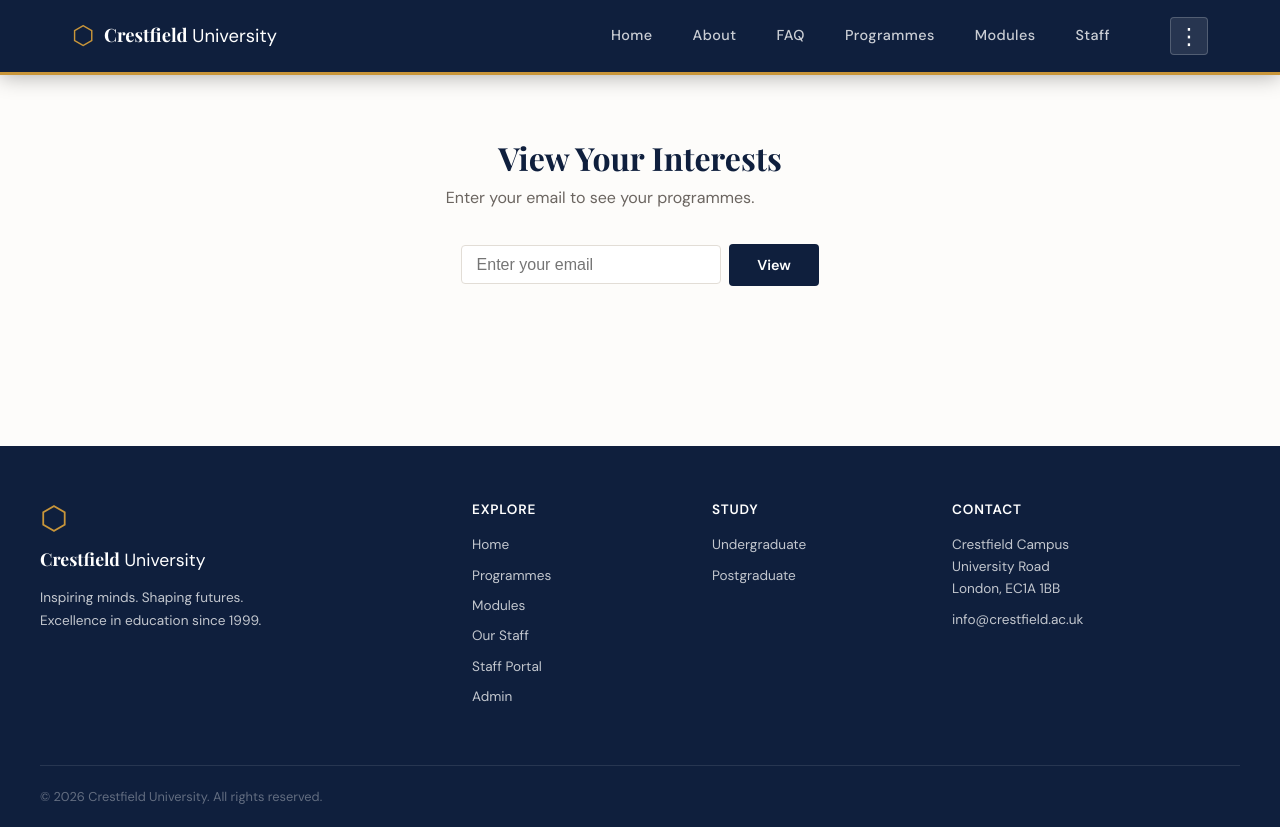
Repository: dowrinprity-blip/Web-Project
Page: http://localhost/University/my-interests.php
An editor plug-in stored every save of this project. The page is shown before and after the next save, followed by the edit.
The browser window is 1280 px wide. The pictures show the whole page.
The page is run by PHP 8.4 with error messages shown; the project is at /var/www/html/.

Above is the page before, as saved 2026-03-25 21:01:44.

### my-interests.php
<?php
require_once 'includes/db.php';
$page_title = 'My Interests';

// ✅ Auto-detect email (GET or POST)
$email = $_GET['email'] ?? ($_POST['email'] ?? '');

// ✅ REMOVE INTEREST (must be BEFORE any output)
if (isset($_GET['remove']) && isset($_GET['email'])) {
    $removeID = (int) $_GET['remove'];
    $email    = $_GET['email'];

    $stmt = $conn->prepare("DELETE FROM interestedstudents WHERE ProgrammeID = ? AND Email = ?");
    $stmt->bind_param("is", $removeID, $email);
    $stmt->execute();

    header("Location: my-interests.php?email=" . urlencode($email));
    exit;
}

include 'includes/header.php';

// Initialize array
$interests = [];

// ✅ FETCH DATA (works for both GET + POST)
if (!empty($email)) {

    $stmt = $conn->prepare("
        SELECT
            p.ProgrammeID,
            p.ProgrammeName,
            p.Description,
            p.Image,
            i.StudentName,
            i.RegisteredAt
        FROM interestedstudents i
        JOIN Programmes p ON i.ProgrammeID = p.ProgrammeID
        WHERE i.Email = ?
        ORDER BY i.RegisteredAt DESC
    ");
    $stmt->bind_param("s", $email);
    $stmt->execute();
    $result = $stmt->get_result();

    while ($row = $result->fetch_assoc()) {
        $interests[] = $row;
    }
}
?>

<section class="section">
    <div class="section-inner" style="max-width:1000px;margin:0 auto;">

        <div class="section-header" style="text-align:center;max-width:600px;margin:0 auto 2rem auto;">
    <h2 style="margin:0;line-height:1.2;">
        View Your Interests
    </h2>

    <p style="">
        Enter your email to see your programmes.
    </p>
</div>

        <!-- FORM -->
        <form method="POST" action=""
      style="display:flex;justify-content:center;align-items:center;gap:.5rem;margin-bottom:2rem;">

    <input type="email" name="email"
           placeholder="Enter your email"
           value="<?= htmlspecialchars($email) ?>"
           required
           style="padding:.6rem .9rem;font-size:1rem;width:260px;border:1px solid var(--border);border-radius:var(--radius);">

    <button type="submit" class="btn btn-navy">
        View
    </button>
</form>

        <?php if (!empty($email)): ?>

            <?php if (!empty($interests)): ?>

                <div class="cards-grid">

                    <?php foreach ($interests as $i): ?>

                        <?php $img = !empty($i['Image']) ? $i['Image'] : 'uploads/placeholder.jpg'; ?>

                        <div class="card">

                            <div class="card-colour-bar"></div>

                            <img src="<?= htmlspecialchars($img) ?>"
                                 alt="<?= htmlspecialchars($i['ProgrammeName']) ?>">

                            <div class="card-body">
                                <h3><?= htmlspecialchars($i['ProgrammeName']) ?></h3>

                                <p>
                                    <?= htmlspecialchars(substr($i['Description'], 0, 100)) ?>…
                                </p>
                            </div>

                            <!-- ✅ NEW FOOTER -->
                            <div class="card-footer">

                                <span>
                                    <?= date('d M Y', strtotime($i['RegisteredAt'])) ?>
                                </span>

                                <div style="display:flex;gap:.4rem;align-items:center;">

                                    <!-- Go -->
                                    <a href="programme_detail.php?id=<?= $i['ProgrammeID'] ?>" title="View" class="btn-go">
                                        →
                                    </a>

                                    <!-- Remove -->
                                    <a href="my-interests.php?remove=<?= $i['ProgrammeID'] ?>&email=<?= urlencode($email) ?>"
                                       class="btn-danger"
                                       onclick="return confirm('Remove this interest?')">
                                       ✕
                                    </a>

                                </div>

                            </div>

                        </div>

                    <?php endforeach; ?>

                </div>

            <?php else: ?>

                <p style="text-align:center;color:red;font-weight:600;">
                    No interests found for <strong><?= htmlspecialchars($email) ?></strong>
                </p>

            <?php endif; ?>

        <?php endif; ?>

    </div>
</section>

<?php include 'includes/footer.php'; ?>

### includes/db.php
<?php
require_once __DIR__ . '/config.php';

// Create connection
function getDBConnection() {
    $conn = new mysqli(DB_HOST, DB_USER, DB_PASS, DB_NAME);

    if ($conn->connect_error) {
        die("Connection failed: " . $conn->connect_error);
    }

    $conn->set_charset("utf8mb4");
    return $conn;
}

// Global connection
$conn = getDBConnection();

function checkDatabaseExists() {
    $conn = new mysqli(DB_HOST, DB_USER, DB_PASS);
    $result = $conn->query("SELECT SCHEMA_NAME FROM INFORMATION_SCHEMA.SCHEMATA WHERE SCHEMA_NAME = '" . DB_NAME . "'");
    return $result->num_rows > 0;
}
?>

### includes/config.php
<?php
/**
 * Central Configuration File - Load this first in all includes
 */

// ==================== BASE URL DETECTION ====================
if (!function_exists('detectBaseUrl')) {
    function detectBaseUrl() {
        $protocol = isset($_SERVER['HTTPS']) && $_SERVER['HTTPS'] === 'on' ? 'https://' : 'http://';
        $host = $_SERVER['HTTP_HOST'];
        $scriptName = $_SERVER['SCRIPT_NAME'];

        $basePath = dirname(dirname($scriptName));
        $basePath = str_replace('\\', '/', $basePath);

        if ($basePath == '/' || $basePath == '\\') {
            $basePath = '';
        }

        return rtrim($protocol . $host . $basePath, '/');
    }
}

if (!defined('BASE_URL')) {
    define('BASE_URL', 'http://localhost/University');
}

// ==================== DATABASE CONSTANTS ====================
if (!defined('DB_HOST')) {
    define('DB_HOST', 'localhost');
    define('DB_USER', 'root');
    define('DB_PASS', '');
    define('DB_NAME', 'student_course_hub');
}
?>

### includes/header.php
<?php
$current_page = basename($_SERVER['PHP_SELF']);
if (!function_exists('isStudentLoggedIn')) {
    require_once __DIR__ . '/auth.php';
}

$staffLoggedIn   = function_exists('isStaffLoggedIn')   && isStaffLoggedIn();
$studentLoggedIn = function_exists('isStudentLoggedIn') && isStudentLoggedIn();
$adminLoggedIn   = function_exists('isAdminLoggedIn')   && isAdminLoggedIn();
?>
<!DOCTYPE html>
<html lang="en">
<head>
    <meta charset="UTF-8">
    <meta name="viewport" content="width=device-width, initial-scale=1.0">
    <title><?= isset($page_title) ? htmlspecialchars($page_title) . ' — ' : '' ?>Crestfield University</title>
    <link rel="preconnect" href="https://fonts.googleapis.com">
    <link rel="preconnect" href="https://fonts.gstatic.com" crossorigin>
    <link href="https://fonts.googleapis.com/css2?family=Playfair+Display:wght@400;600;700;900&family=DM+Sans:wght@300;400;500;600&display=swap" rel="stylesheet">
    <link rel="stylesheet" href="<?= BASE_URL ?>/css/style.css">
    <style>
        .portal-menu-wrap { position: relative; margin-left: .5rem; }
        .portal-dots-btn {
            background: rgba(255,255,255,.1);
            border: 1px solid rgba(255,255,255,.2);
            color: #fff; border-radius: var(--radius);
            width: 38px; height: 38px;
            display: flex; align-items: center; justify-content: center;
            cursor: pointer; font-size: 1.4rem; transition: background .2s; flex-shrink: 0;
        }
        .portal-dots-btn:hover { background: rgba(201,150,58,.25); }
        .portal-dropdown {
            display: none; position: absolute; right: 0; top: calc(100% + 10px);
            background: #fff; border-radius: var(--radius-lg);
            box-shadow: 0 12px 40px rgba(11,29,58,.22);
            min-width: 230px; overflow: hidden; z-index: 500;
            border: 1px solid var(--border);
        }
        .portal-dropdown.open { display: block; }
        .portal-dropdown-header {
            background: var(--navy); color: rgba(255,255,255,.6);
            font-size: .68rem; font-weight: 700; letter-spacing: .1em;
            text-transform: uppercase; padding: .65rem 1.1rem;
        }
        .portal-dropdown a {
            display: flex; align-items: center; gap: .75rem;
            padding: .75rem 1.1rem; font-size: .88rem; font-weight: 500;
            color: var(--navy); border-bottom: 1px solid #f5f2ee; transition: background .15s;
        }
        .portal-dropdown a:last-child { border-bottom: none; }
        .portal-dropdown a:hover { background: #fdf9f3; }
        .portal-dropdown a .pd-icon { font-size: 1rem; width: 22px; text-align: center; }
        .portal-dropdown a .pd-label { flex: 1; }
        .portal-dropdown a .pd-arrow { font-size: .8rem; color: var(--gold); }
        .portal-dropdown a.pd-active { background: #fdf6e3; font-weight: 600; }
        .portal-dropdown a.pd-logout { color: #922b21; }
        .portal-dropdown a.pd-logout:hover { background: #fdecea; }
    </style>
</head>
<body>

<header class="site-header">
    <div class="header-inner">
        <a href="<?= BASE_URL ?>/index.php" class="logo">
            <span class="logo-crest">⬡</span>
            <span class="logo-text"><strong>Crestfield</strong> University</span>
        </a>

        <nav class="main-nav">
            <a href="<?= BASE_URL ?>/index.php"           class="<?= $current_page === 'index.php'           ? 'active' : '' ?>">Home</a>
            <a href="<?= BASE_URL ?>/index.php#about">About</a>
            <a href="<?= BASE_URL ?>/index.php#faq">FAQ</a>
            <a href="<?= BASE_URL ?>/programmes.php"      class="<?= $current_page === 'programmes.php'      ? 'active' : '' ?>">Programmes</a>
            <a href="<?= BASE_URL ?>/modules.php"         class="<?= $current_page === 'modules.php'         ? 'active' : '' ?>">Modules</a>
            <a href="<?= BASE_URL ?>/staff_directory.php" class="<?= $current_page === 'staff_directory.php' ? 'active' : '' ?>">Staff</a>
        </nav>

        <!-- 3-dot portal menu -->
        <div class="portal-menu-wrap">
            <button class="portal-dots-btn" onclick="togglePortalMenu()" aria-label="Portal menu" title="Login / My Portal">⋮</button>

            <div class="portal-dropdown" id="portal-dropdown">

                <?php if ($adminLoggedIn): ?>
                <div class="portal-dropdown-header">Admin Portal</div>
                <a href="<?= BASE_URL ?>/admin/index.php" class="pd-active">
                    <span class="pd-icon">🛡️</span><span class="pd-label">Admin Dashboard</span><span class="pd-arrow">→</span>
                </a>
                <a href="<?= BASE_URL ?>/admin/logout.php" class="pd-logout">
                    <span class="pd-icon">⏻</span><span class="pd-label">Sign Out</span>
                </a>

                <?php elseif ($staffLoggedIn): ?>
                <?php $sd = getLoggedInStaff(); ?>
                <div class="portal-dropdown-header">Staff Portal</div>
                <a href="<?= BASE_URL ?>/staff/dashboard.php" class="pd-active">
                    <span class="pd-icon">👤</span><span class="pd-label"><?= htmlspecialchars($sd['Name'] ?? 'My Portal') ?></span><span class="pd-arrow">→</span>
                </a>
                <a href="<?= BASE_URL ?>/staff/profile.php">
                    <span class="pd-icon">✏️</span><span class="pd-label">My Profile</span><span class="pd-arrow">→</span>
                </a>
                <a href="<?= BASE_URL ?>/staff/my_modules.php">
                    <span class="pd-icon">📚</span><span class="pd-label">My Modules</span><span class="pd-arrow">→</span>
                </a>
                <a href="<?= BASE_URL ?>/staff/logout.php" class="pd-logout">
                    <span class="pd-icon">⏻</span><span class="pd-label">Sign Out</span>
                </a>

                <?php elseif ($studentLoggedIn): ?>
                <?php $stu = getLoggedInStudent(); ?>
                <div class="portal-dropdown-header">Student Portal</div>
                <a href="<?= BASE_URL ?>/student/dashboard.php" class="pd-active">
                    <span class="pd-icon">🎓</span><span class="pd-label"><?= htmlspecialchars($stu['FullName'] ?? 'My Portal') ?></span><span class="pd-arrow">→</span>
                </a>
                <a href="<?= BASE_URL ?>/student/my_profile.php">
                    <span class="pd-icon">👤</span><span class="pd-label">My Profile</span><span class="pd-arrow">→</span>
                </a>
                <a href="<?= BASE_URL ?>/student/my_interests.php">
                    <span class="pd-icon">⭐</span><span class="pd-label">My Interests</span><span class="pd-arrow">→</span>
                </a>
                <a href="<?= BASE_URL ?>/student/logout.php" class="pd-logout">
                    <span class="pd-icon">⏻</span><span class="pd-label">Sign Out</span>
                </a>

                <?php else: ?>
                <a href="<?= BASE_URL ?>/my-interests.php">
    <span class="pd-icon">⭐</span>
    <span class="pd-label">View My Interests</span>
    <span class="pd-arrow">→</span>
</a>

                <div class="portal-dropdown-header">Student Access</div>
                <a href="<?= BASE_URL ?>/student/login.php">
                    <span class="pd-icon">🎓</span><span class="pd-label">Student Login</span><span class="pd-arrow">→</span>
                </a>

                <div class="portal-dropdown-header">Staff Access</div>
                <a href="<?= BASE_URL ?>/staff/login.php">
                    <span class="pd-icon">👔</span><span class="pd-label">Staff Login</span><span class="pd-arrow">→</span>
                </a>
                <div class="portal-dropdown-header">Admin Access</div>
                <a href="<?= BASE_URL ?>/admin/login.php">
                    <span class="pd-icon">🛡️</span><span class="pd-label">Admin Login</span><span class="pd-arrow">→</span>
                </a>
                <?php endif; ?>

            </div>
        </div>

        <button class="nav-toggle" onclick="document.querySelector('.main-nav').classList.toggle('open')">☰</button>
    </div>
</header>

<script>
function togglePortalMenu() {
    document.getElementById('portal-dropdown').classList.toggle('open');
}
document.addEventListener('click', function(e) {
    var wrap = document.querySelector('.portal-menu-wrap');
    if (wrap && !wrap.contains(e.target)) {
        document.getElementById('portal-dropdown').classList.remove('open');
    }
});
</script>

### includes/footer.php
<footer class="site-footer">
    <div class="footer-inner">
        <div class="footer-brand">
            <span class="logo-crest">⬡</span>
            <span class="logo-text"><strong>Crestfield</strong> University</span>
            <p>Inspiring minds. Shaping futures.<br>Excellence in education since 1999.</p>
        </div>
        <div class="footer-links">
            <h4>Explore</h4>
            <a href="<?= BASE_URL ?>/index.php">Home</a>
            <a href="<?= BASE_URL ?>/programmes.php">Programmes</a>
            <a href="<?= BASE_URL ?>/modules.php">Modules</a>
            <a href="<?= BASE_URL ?>/staff_directory.php">Our Staff</a>
            <a href="<?= BASE_URL ?>/staff_portal.php">Staff Portal</a>
            <a href="<?= BASE_URL ?>/admin/login.php">Admin</a>
        </div>
        <div class="footer-links">
            <h4>Study</h4>
            <a href="<?= BASE_URL ?>/programmes.php?level=1">Undergraduate</a>
            <a href="<?= BASE_URL ?>/programmes.php?level=2">Postgraduate</a>
        </div>
        <div class="footer-contact">
            <h4>Contact</h4>
            <p>Crestfield Campus<br>University Road<br>London, EC1A 1BB</p>
            <p>info@crestfield.ac.uk</p>
        </div>
    </div>
    <div class="footer-bottom">
        <p>&copy; <?= date('Y') ?> Crestfield University. All rights reserved.</p>
    </div>
</footer>
<script src="<?= BASE_URL ?>/js/main.js"></script>
</body>
</html>

Loaded but not shown: js/main.js (22 lines, source omitted); css/style.css (631 lines, source omitted); includes/auth.php (554 lines, source omitted)

After the next save:
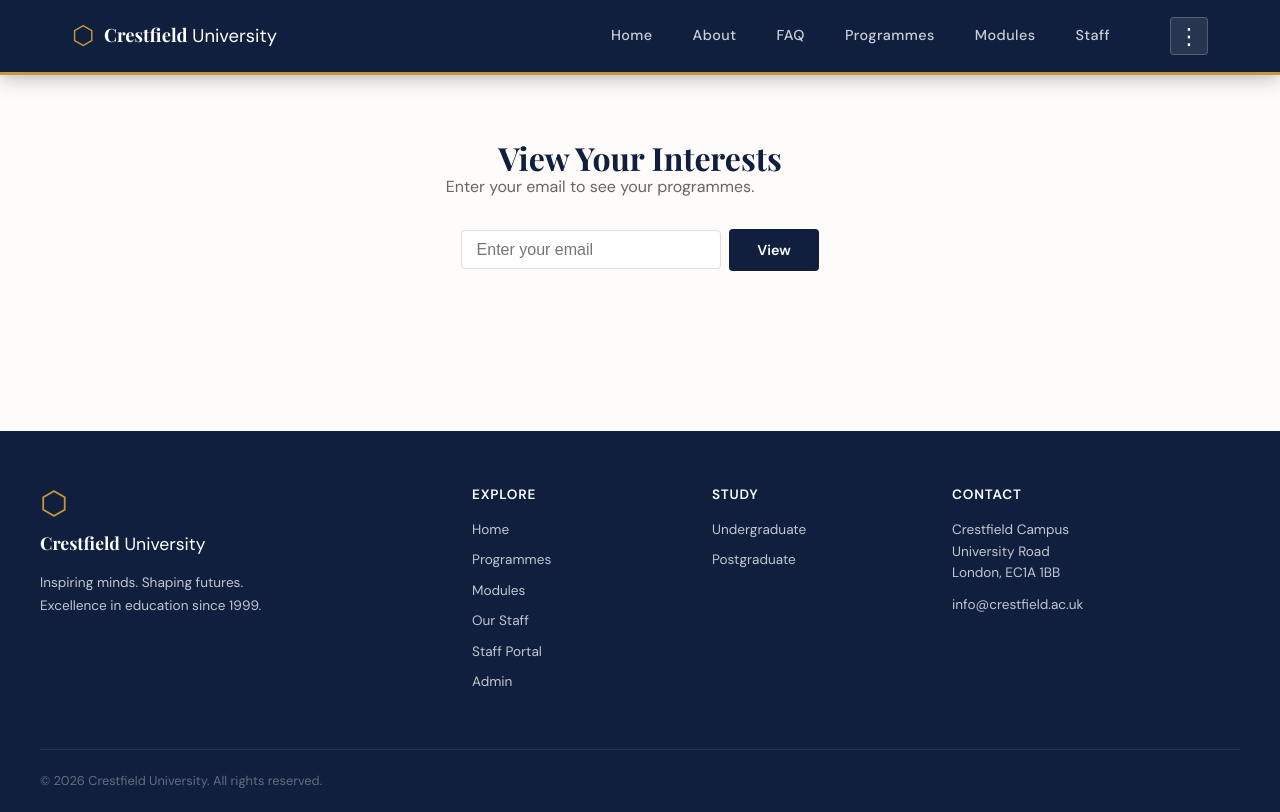
Saved 7 s later.
--- a/my-interests.php
+++ b/my-interests.php
@@ -57,7 +57,7 @@ if (!empty($email)) {
         View Your Interests
     </h2>
 
-    <p style="">
+    <p style="margin:0;line-height:1.2;">
         Enter your email to see your programmes.
     </p>
 </div>
